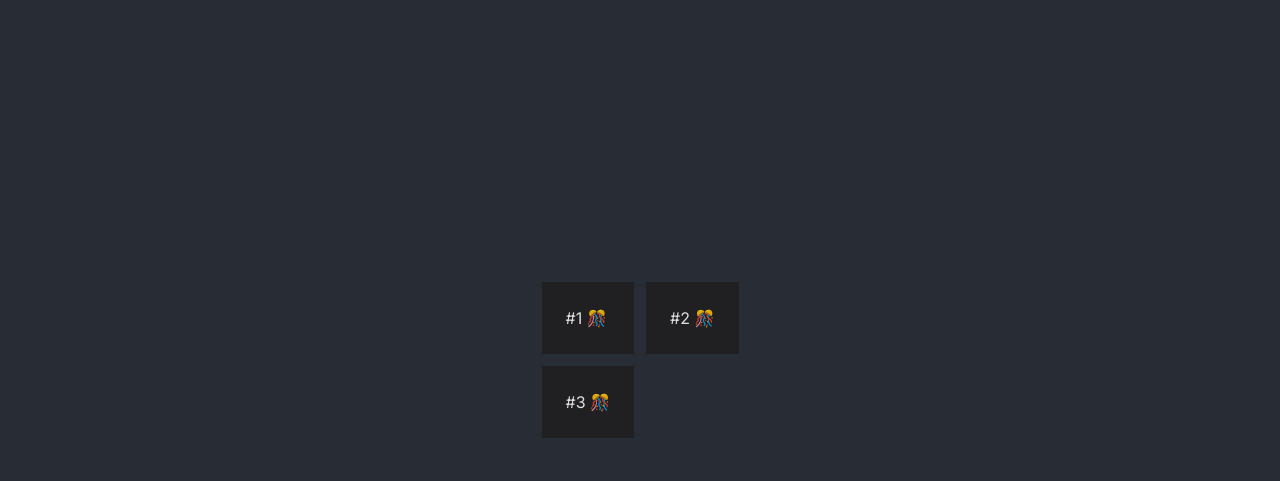
Repository: devsecops-node/simple-play
Page: /recomendations
An editor plug-in stored every save of this project. The page is shown before and after the next save, followed by the edit.
The browser window is 1280 px wide. The pictures show the whole page.
The project was rebuilt for these pictures with package versions that can differ from the ones it lists, and the page was loaded fresh each time. The framework's server and built-in components were replaced by stand-ins that run in the browser. Also part of the build but not shown: next.config.mjs.

Above is the page before, as saved 2024-06-21 18:30:53.

After the next save:
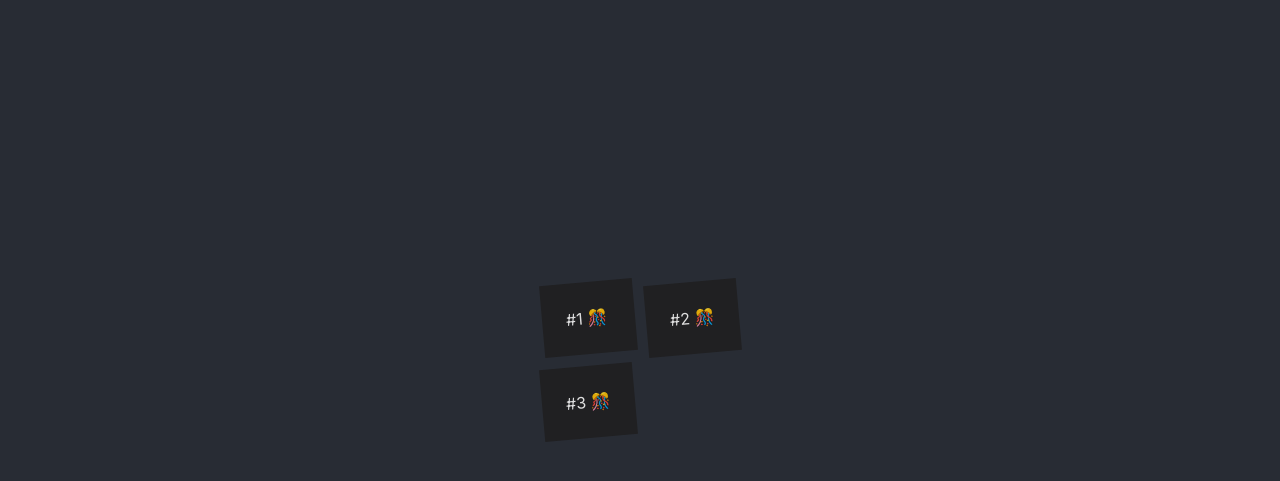
Saved 8 s later.
--- a/src/app/_styles/cards.module.css
+++ b/src/app/_styles/cards.module.css
@@ -27,10 +27,6 @@
     -ms-transition: all 150ms ease-in-out;
     -o-transition: all 150ms ease-in-out;
     transform: rotate(-5deg);
-    -webkit-transform: rotate(2turn);
-    -moz-transform: rotate(2turn);
-    -ms-transform: rotate(2turn);
-    -o-transform: rotate(2turn);
 }
 
   .card_hover {
